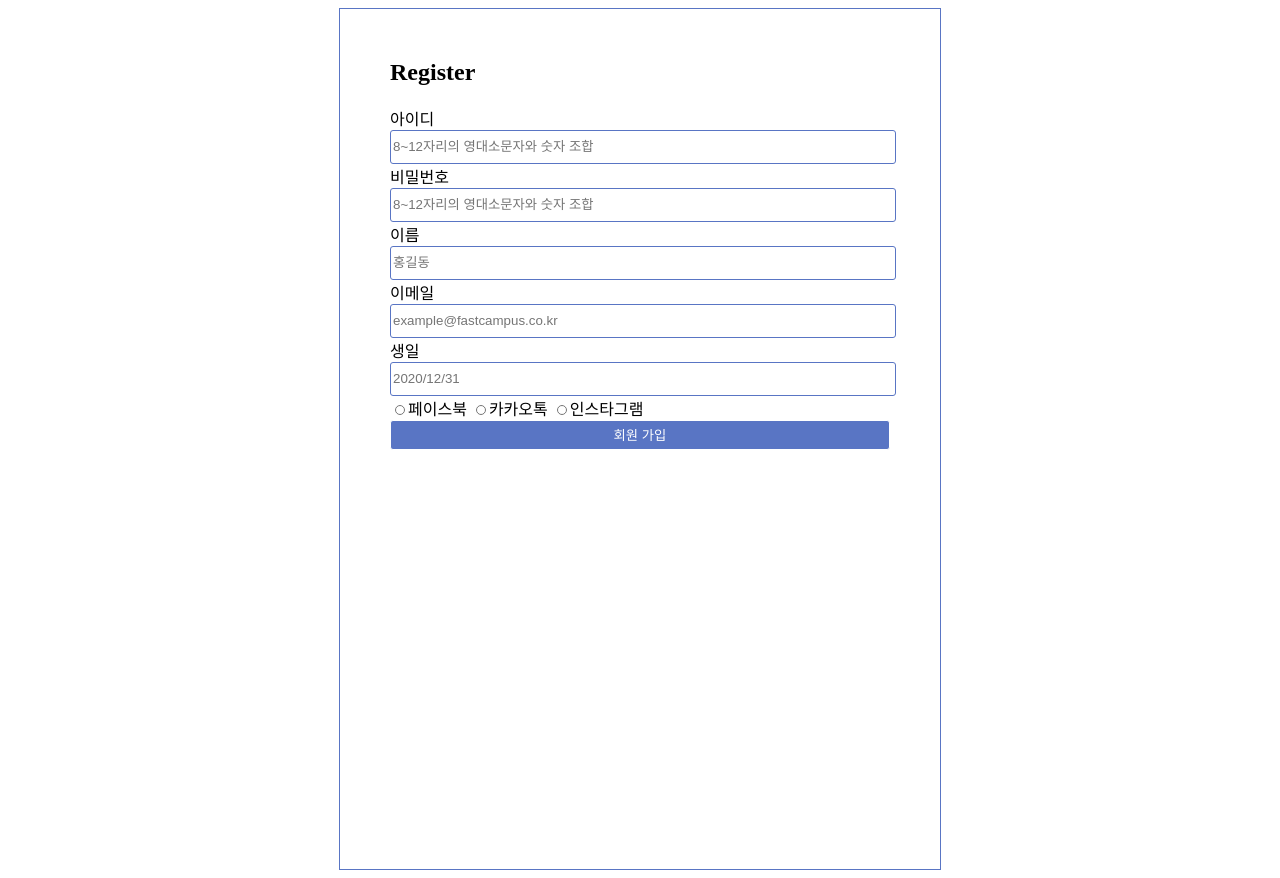
Repository: ksj2001/SpringBasic2024
Page: http://localhost/MVC_join/
These files come from the project's save history. The page is drawn as it stood at one moment and after the next save; the edit follows.
The browser window is 1280 px wide. The pictures show the whole page.
The page is served by Tomcat 9. Other server files are loaded and not shown.

Above is the page before, as saved 2024-07-02 15:19:21.

### MVC_join/src/main/webapp/WEB-INF/views/index.jsp
<%@ page language="java" contentType="text/html; charset=UTF-8"
    pageEncoding="UTF-8"%>
<!DOCTYPE html>
<html>
<head>
<meta charset="UTF-8">
<title>Insert title here</title>
<style type="text/css">
	body{
		display: flex;
		justify-content: center;
		align-items: center;
	}
	.registerBox{
		width: 500px;
		height: 800px;
		border: 1px solid #5975C4;
		padding: 30px 50px;
	}
	input{
		width: 100%;
		height: 30px;
		border: 1px solid #5975C4;
		border-radius: 3px;
	}
	input[type=radio]{
		width:10px;
		height:10px;
	}
	input[type=submit]{
		border-color: white;
		color: white;
		background-color: #5975C4;
	}
</style>
</head>
<body>
	<div class="registerBox">
		<h2>Register</h2>
		<form action="member/register" method="post">
			<label>아이디</label><br>
			<input type="text" placeholder="8~12자리의 영대소문자와 숫자 조합"><br>
			<label>비밀번호</label><br>
			<input type="password" placeholder="8~12자리의 영대소문자와 숫자 조합"><br>
			<label>이름</label><br>
			<input type="text" placeholder="홍길동"><br>
			<label>이메일</label><br>
			<input type="text" placeholder="example@fastcampus.co.kr"><br>
			<label>생일</label><br>
			<input type="text" placeholder="2020/12/31"><br>
			<div class="selectSns">
				<input type="radio" name="sns" value="facebook">페이스북
				<input type="radio" name="sns" value="kakaotalk">카카오톡
				<input type="radio" name="sns" value="instagram">인스타그램
			</div>
			<input type="submit" value="회원 가입">
		</form>
	</div>
</body>
</html>

After the next save:
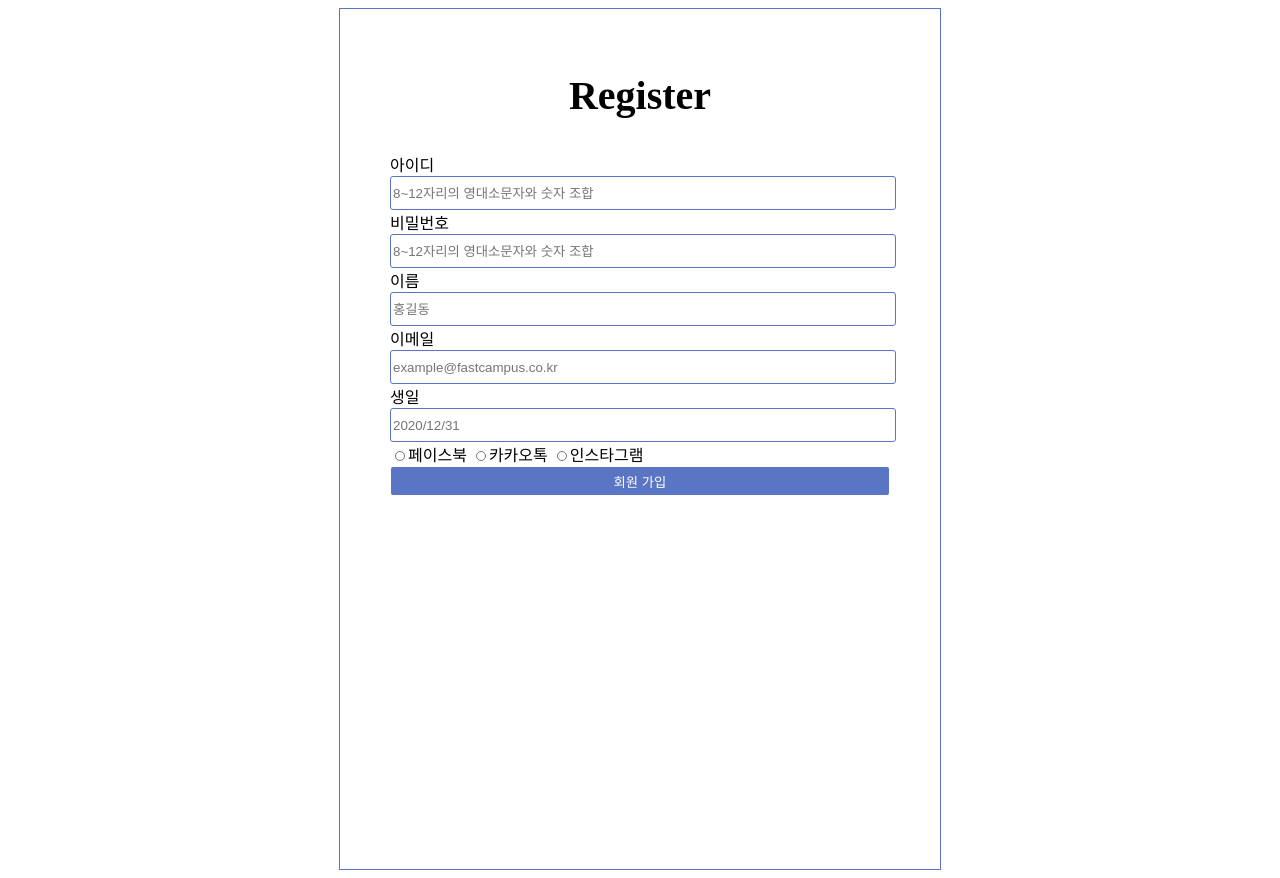
Saved 87 s later.
--- a/MVC_join/src/main/webapp/WEB-INF/views/index.jsp
+++ b/MVC_join/src/main/webapp/WEB-INF/views/index.jsp
@@ -16,6 +16,10 @@
 		height: 800px;
 		border: 1px solid #5975C4;
 		padding: 30px 50px;
+	}
+	.registerBox h2{
+		font-size: 40px;
+		text-align: center;
 	}
 	input{
 		width: 100%;
